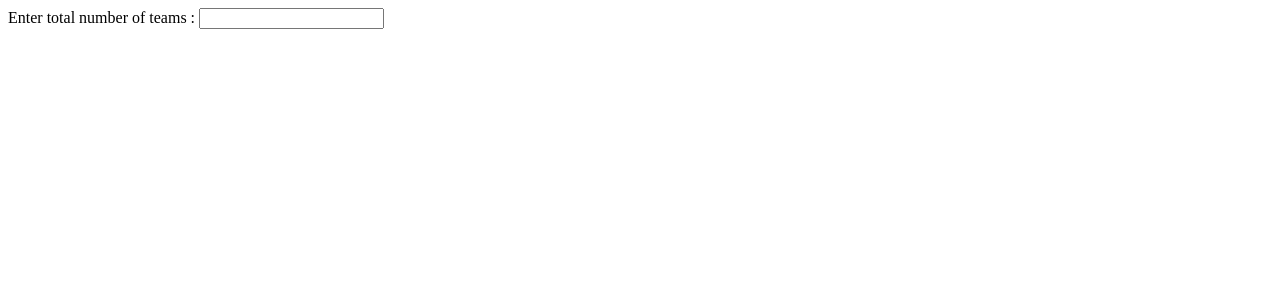
Repository: seleco29/Random-Team-Matcher-Servlet-Jsp
Page: http://localhost/Random_Team_Matcher_v2.0/
These files come from the project's save history. The page is drawn as it stood at one moment and after the next save; the edit follows.
The browser window is 1280 px wide. The pictures show the whole page.
The page is served by Tomcat 9. Other server files are loaded and not shown.

Above is the page before, as saved 2023-01-19 09:55:49.

### Random Team Matcher v2.0/src/main/webapp/index.jsp
<%@ page language="java" contentType="text/html; charset=UTF-8"
    pageEncoding="UTF-8"%>
<!DOCTYPE html>
<html>
<head>
<meta charset="UTF-8">
<title>Home Page</title>
</head>
<body>
<form action="">
Enter total number of teams : <input type="number" var="totalNumber">
</form>

</body>
</html>

After the next save:
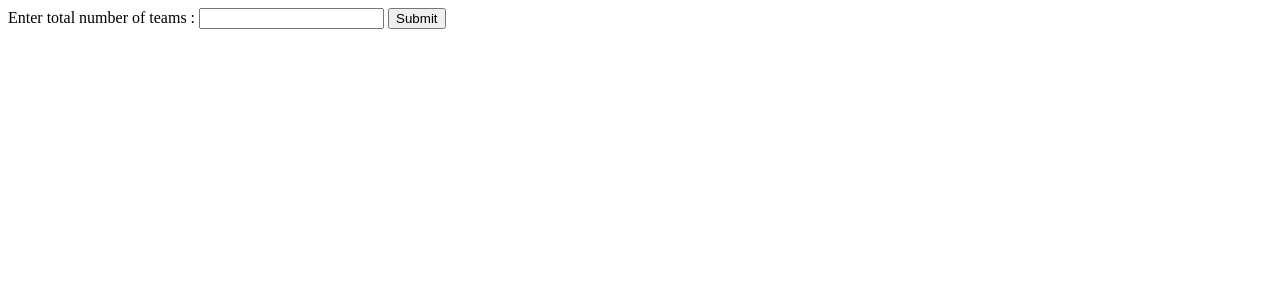
Saved 5 min 5 s later.
--- a/Random Team Matcher v2.0/src/main/webapp/index.jsp
+++ b/Random Team Matcher v2.0/src/main/webapp/index.jsp
@@ -7,8 +7,9 @@
 <title>Home Page</title>
 </head>
 <body>
-<form action="">
-Enter total number of teams : <input type="number" var="totalNumber">
+<form action="index.jsp" target="_self">
+Enter total number of teams : <input type="number" name="totalNumber">
+<input type="submit" value="Submit">
 </form>
 
 </body>
